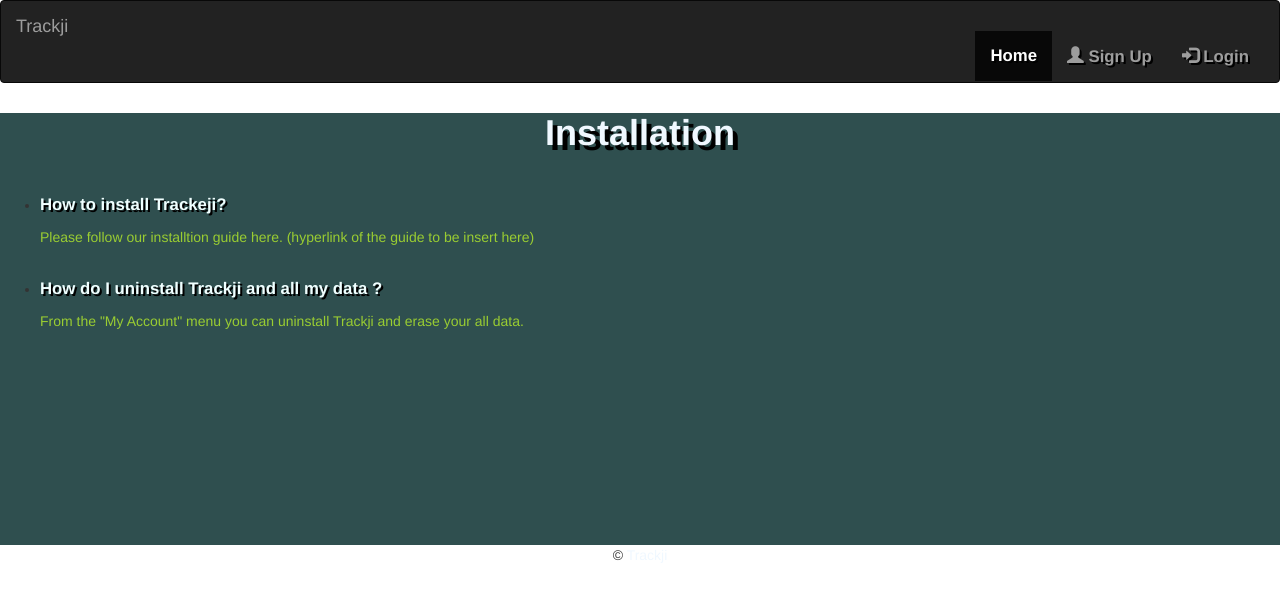
Repository: prathmeshgodbole/Web_Development
Page: Mobile_tracker/Installation.html
These files come from the project's save history. The page is drawn as it stood at one moment and after the next save; the edit follows.
The browser window is 1280 px wide. The pictures show the whole page.

Above is the page before, as saved 2020-03-08 18:36:02.

After the next save:
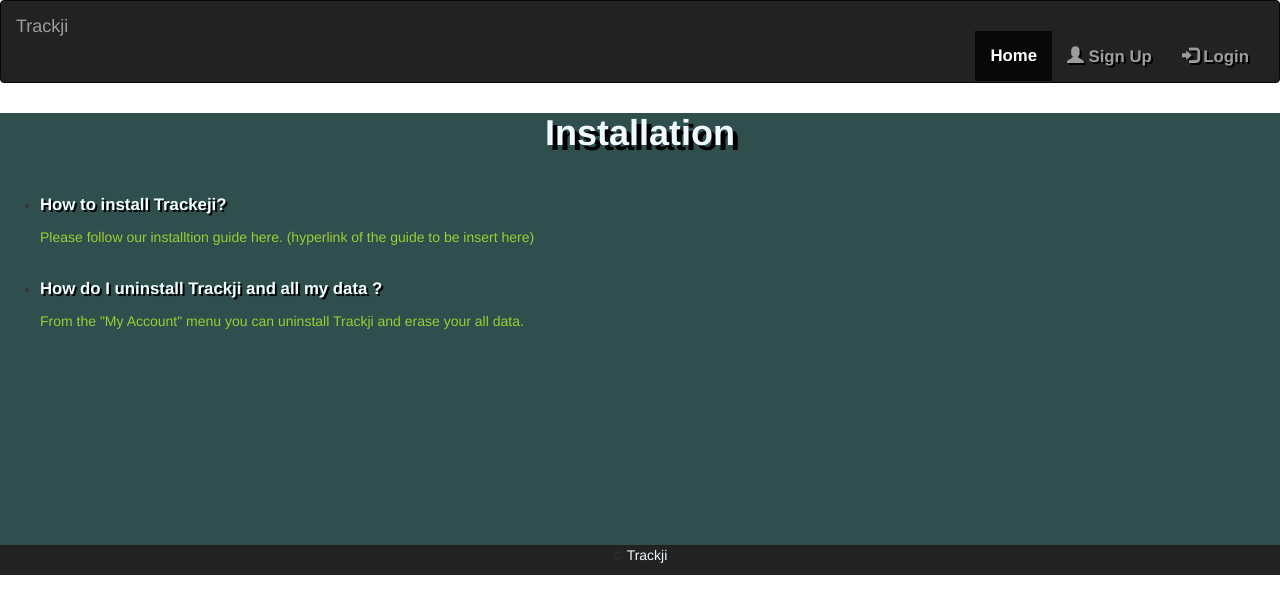
Saved 6 s later.
--- a/Mobile_tracker/css/installation.css
+++ b/Mobile_tracker/css/installation.css
@@ -37,7 +37,8 @@ ul li p {
 }
 
 .footer {
-    background-color: #222 width: 100%;
+    background-color: #222;
+    width: 100%;
     height: 30px;
     text-align: center;
 }
